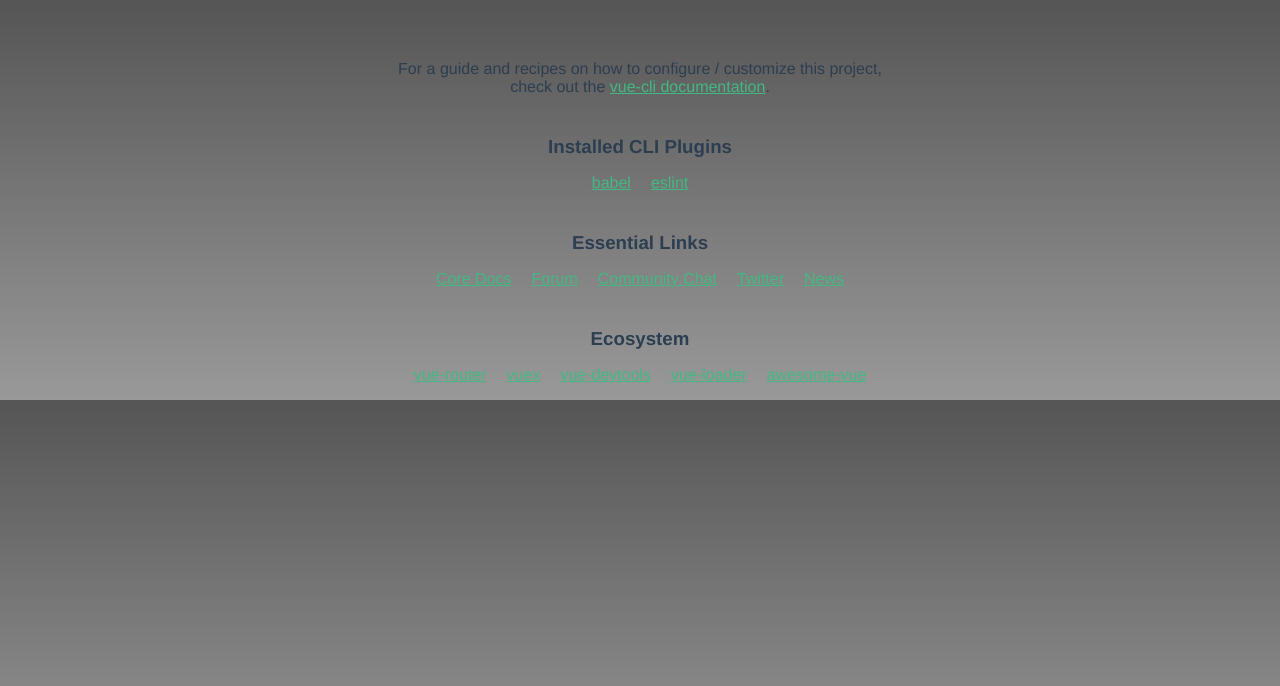
Repository: nickarocho/build-a-bot
Page: /
These files come from the project's save history. The page is drawn as it stood at one moment and after the next save; the edit follows.
The browser window is 1280 px wide. The pictures show the whole page.
The project was rebuilt for these pictures with package versions that can differ from the ones it lists, and the page was loaded fresh each time.

Above is the page before, as saved 2019-11-19 12:14:25.

### src/App.vue
<template>
  <div id="app">
    <main>
      <HomePage/>
    </main>
  </div>
</template>

<script>
import HomePage from './components/HomePage.vue';

export default {
  name: 'app',
  components: {
    HomePage,
  },
};
</script>

<style>
body {
  background: linear-gradient(to bottom, #555, #999);

}
#app {
  font-family: 'Avenir', Helvetica, Arial, sans-serif;
  -webkit-font-smoothing: antialiased;
  -moz-osx-font-smoothing: grayscale;
  text-align: center;
  color: #2c3e50;
  margin-top: 60px;
}
</style>

### src/components/HomePage.vue
<template>
  <div class="hello">
    <h1>{{ msg }}</h1>
    <p>
      For a guide and recipes on how to configure / customize this project,<br>
      check out the
      <a href="https://cli.vuejs.org" target="_blank" rel="noopener">vue-cli documentation</a>.
    </p>
    <h3>Installed CLI Plugins</h3>
    <ul>
      <li><a href="https://github.com/vuejs/vue-cli/tree/dev/packages/%40vue/cli-plugin-babel" target="_blank" rel="noopener">babel</a></li>
      <li><a href="https://github.com/vuejs/vue-cli/tree/dev/packages/%40vue/cli-plugin-eslint" target="_blank" rel="noopener">eslint</a></li>
    </ul>
    <h3>Essential Links</h3>
    <ul>
      <li><a href="https://vuejs.org" target="_blank" rel="noopener">Core Docs</a></li>
      <li><a href="https://forum.vuejs.org" target="_blank" rel="noopener">Forum</a></li>
      <li><a href="https://chat.vuejs.org" target="_blank" rel="noopener">Community Chat</a></li>
      <li><a href="https://twitter.com/vuejs" target="_blank" rel="noopener">Twitter</a></li>
      <li><a href="https://news.vuejs.org" target="_blank" rel="noopener">News</a></li>
    </ul>
    <h3>Ecosystem</h3>
    <ul>
      <li><a href="https://router.vuejs.org" target="_blank" rel="noopener">vue-router</a></li>
      <li><a href="https://vuex.vuejs.org" target="_blank" rel="noopener">vuex</a></li>
      <li><a href="https://github.com/vuejs/vue-devtools#vue-devtools" target="_blank" rel="noopener">vue-devtools</a></li>
      <li><a href="https://vue-loader.vuejs.org" target="_blank" rel="noopener">vue-loader</a></li>
      <li><a href="https://github.com/vuejs/awesome-vue" target="_blank" rel="noopener">awesome-vue</a></li>
    </ul>
  </div>
</template>

<script>
export default {
  name: 'HomePage',
  props: {
    msg: String,
  },
};
</script>

<!-- Add "scoped" attribute to limit CSS to this component only -->
<style scoped>
h3 {
  margin: 40px 0 0;
}
ul {
  list-style-type: none;
  padding: 0;
}
li {
  display: inline-block;
  margin: 0 10px;
}
a {
  color: #42b983;
}
</style>

Loaded but not shown: public/index.html (common file); src/main.js (common file)

After the next save:
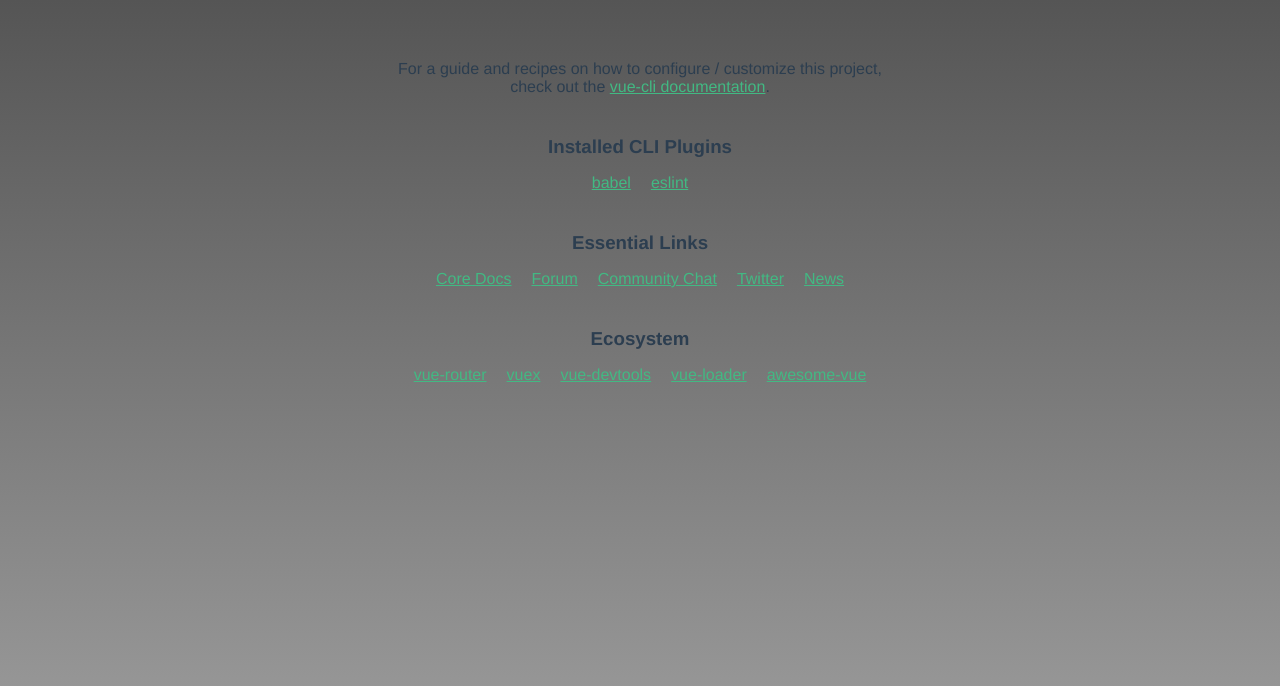
Saved 10 s later.
--- a/src/App.vue
+++ b/src/App.vue
@@ -20,7 +20,7 @@
 <style>
 body {
   background: linear-gradient(to bottom, #555, #999);
-
+  background-attachment: fixed;
 }
 #app {
   font-family: 'Avenir', Helvetica, Arial, sans-serif;
